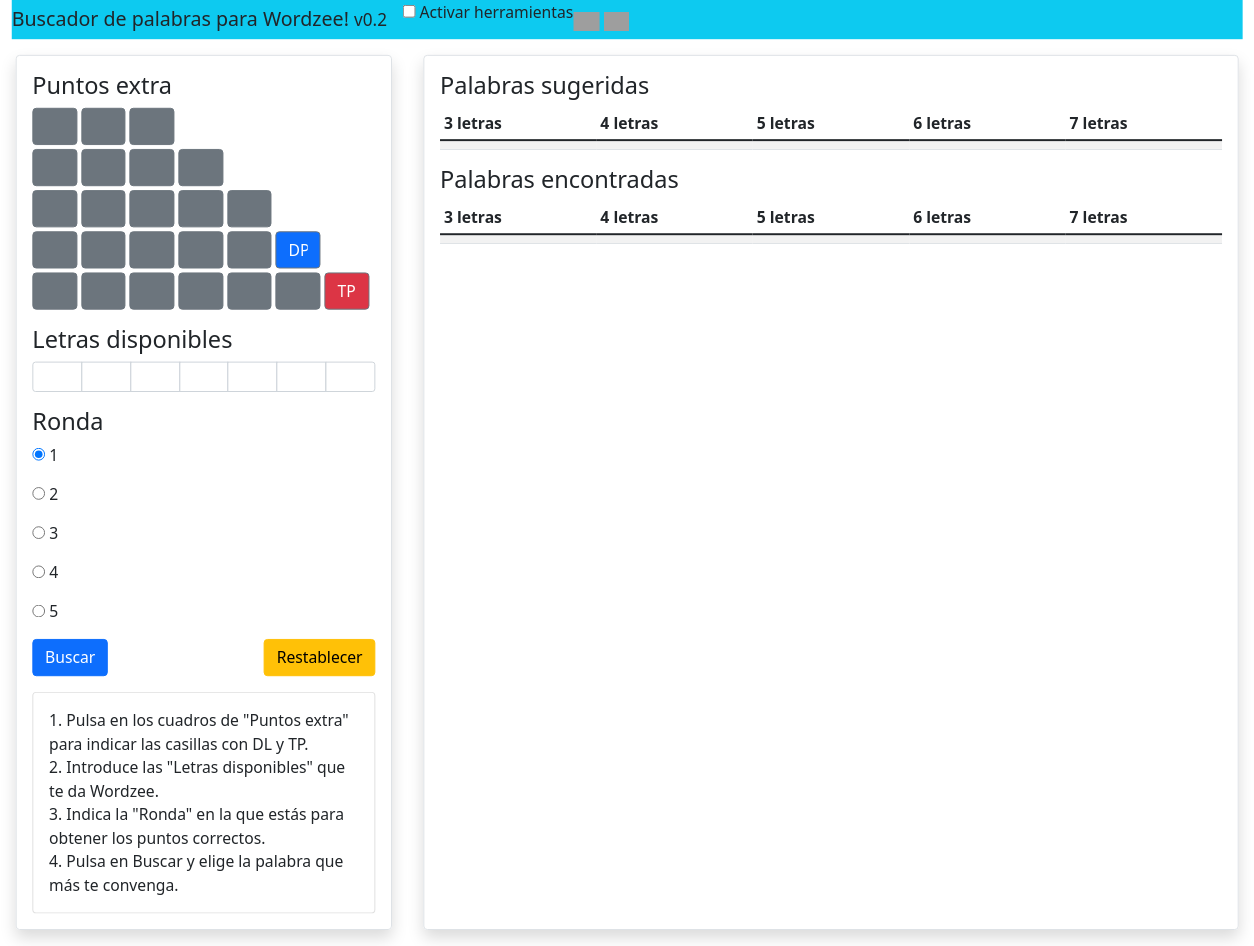
Repository: angelcafe/wordzee-bp_javascript
Page: index.html
An editor plug-in stored every save of this project. The page is shown before and after the next save, followed by the edit.
The browser window is 1280 px wide. The pictures show the whole page, at 98% of full size.
Pictures or frames that could not be fetched are drawn as grey boxes.

Above is the page before, as saved 2021-10-22 21:50:10.

After the next save:
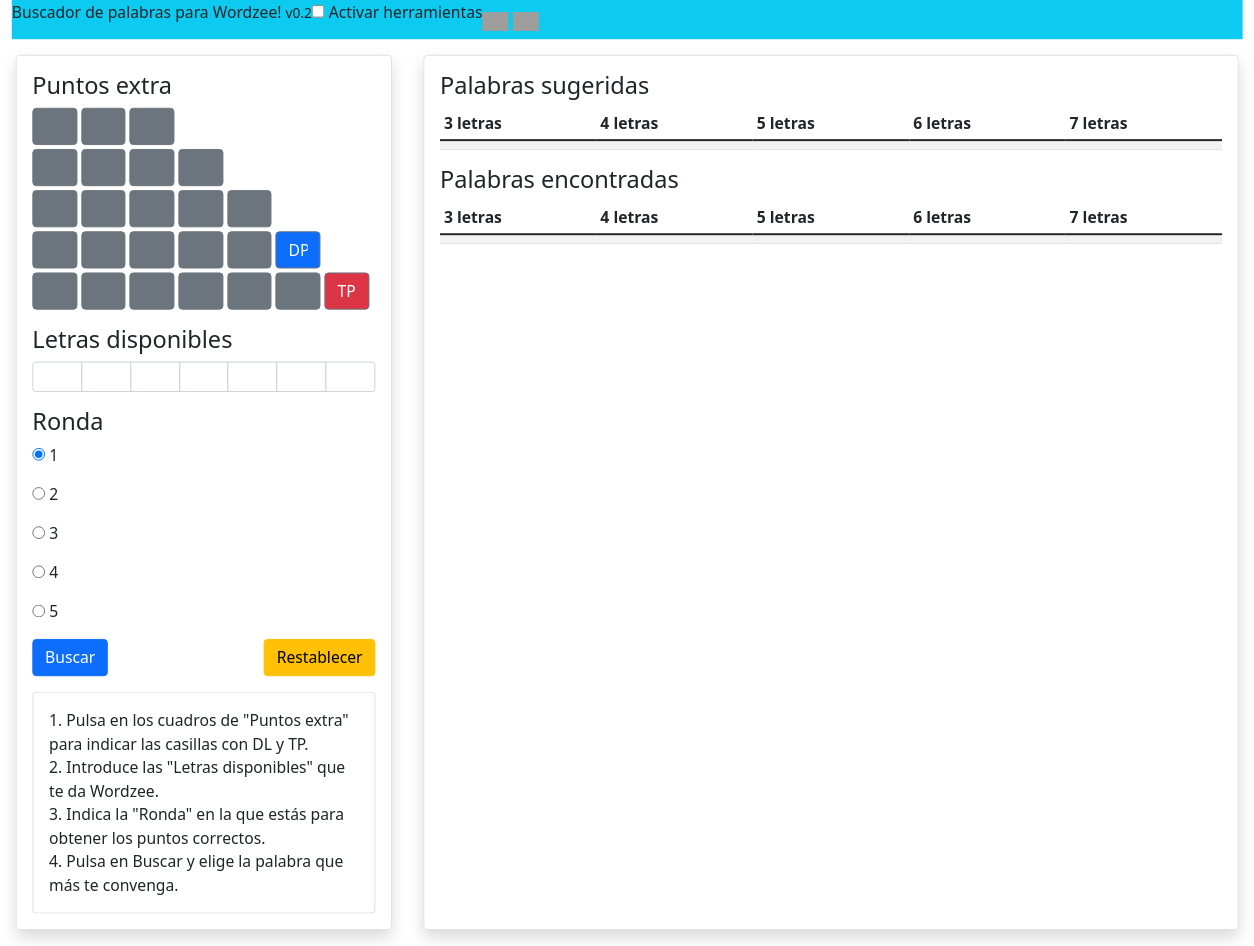
Saved 2 min 55 s later.
--- a/index.html
+++ b/index.html
@@ -19,7 +19,7 @@
     <div class="container-fluid pl-2 pr-2">
         <!-- Cabecera -->
         <nav class="nav nav-fill bg-info">
-            <span class="navbar-brand">Buscador de palabras para Wordzee! <small>v0.2</small></span>
+            <span>Buscador de palabras para Wordzee! <small>v0.2</small></span>
             <div class="custom-control custom-switch custom-control-inline">
                 <input class="custom-control-input" type="checkbox" id="idActivarHerramientas">
                 <label class="custom-control-label" for="idActivarHerramientas">Activar herramientas</label>
